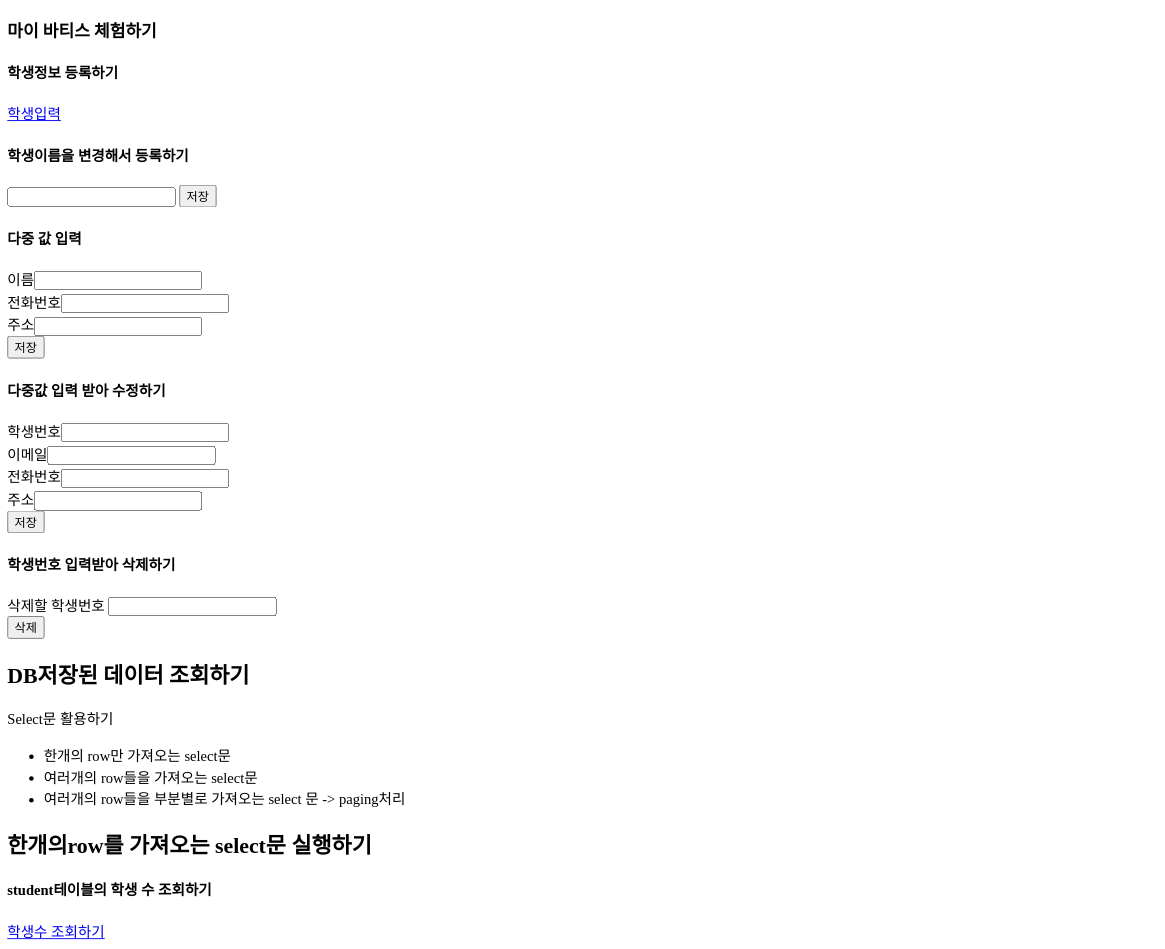
Repository: Jiwon-cho/Mybatis_Practice
Page: http://localhost/01_mybatis/
These files come from the project's save history. The page is drawn as it stood at one moment and after the next save; the edit follows.
The browser window is 1280 px wide. The pictures show the whole page, at 91% of full size.
The page is served by Tomcat 9.

Above is the page before, as saved 2021-06-23 11:37:45.

After the next save:
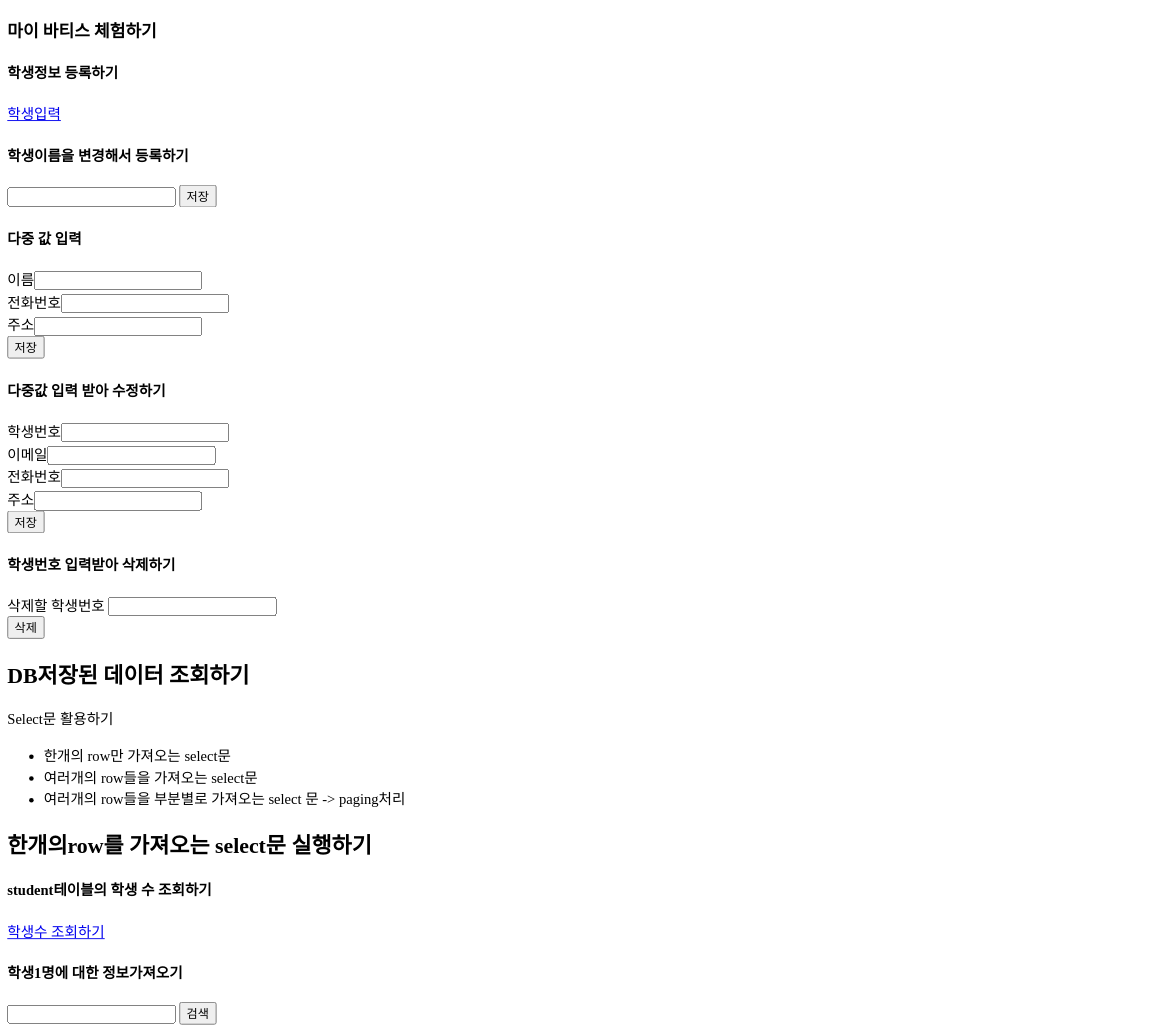
Saved 2 min 9 s later.
--- a/01_mybatis/web/index.jsp
+++ b/01_mybatis/web/index.jsp
@@ -54,5 +54,11 @@
 		<h2>한개의row를 가져오는 select문 실행하기</h2>
 	<h4>student테이블의 학생 수 조회하기</h4>
 	<a href="${path }/selectCount">학생수 조회하기</a>
+	<h4>학생1명에 대한 정보가져오기</h4>
+	<form action="${path }/selectStudentOne">
+	<input type="text" name="name">
+	<input type="submit" value="검색">
+	</form>
+
 </body>
 </html>
